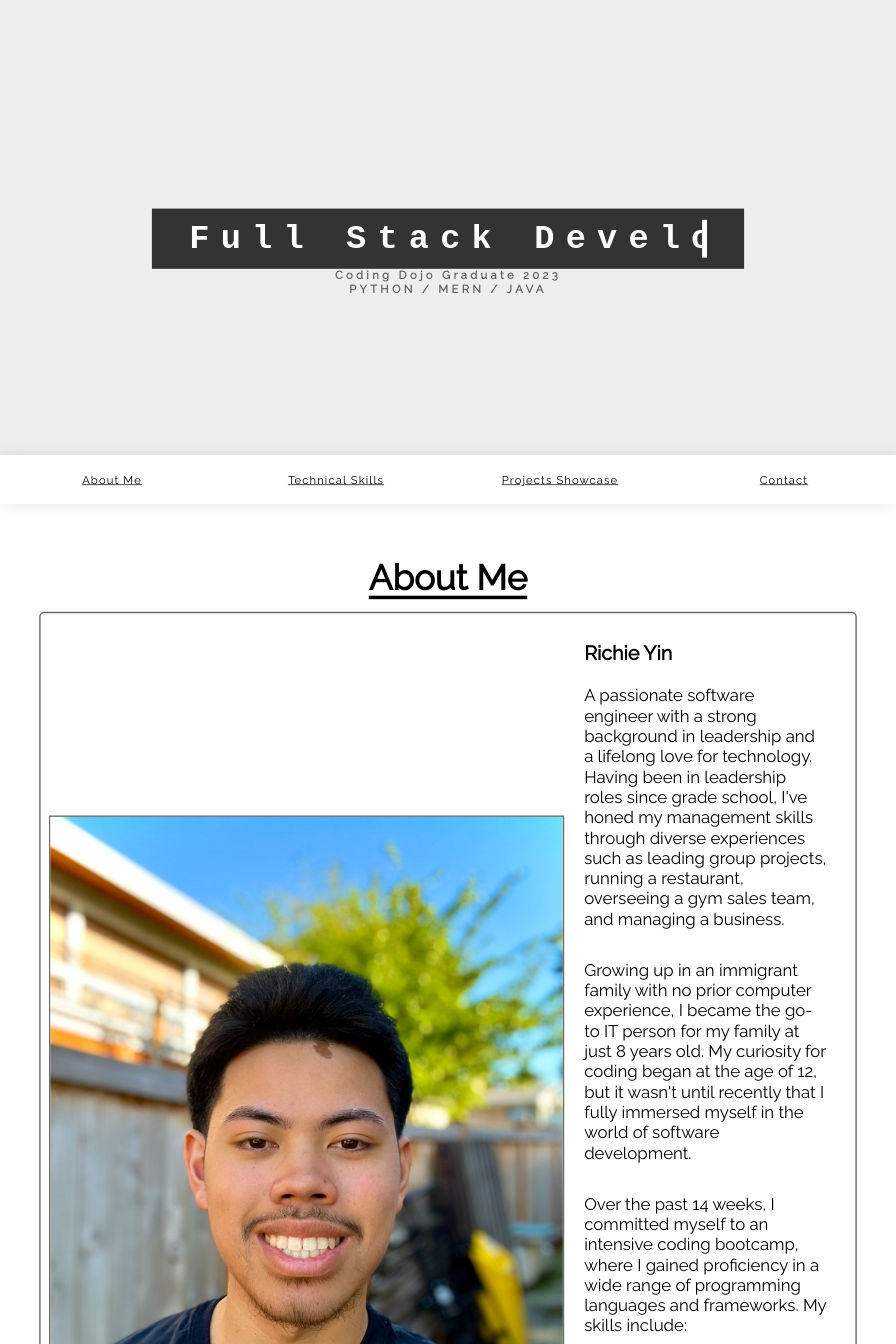
Repository: RICHIE-YIN/Personal-Portfolio
Page: index.html
These files come from the project's save history. The page is drawn as it stood at one moment and after the next save; the edit follows.
The browser window is 1280 px wide. The pictures show the part of the page from y = 0 to 1920 px (the page is 4183 px tall), at 70% of full size.
Some web fonts or font styles are not loaded; a fallback is used.

Above is the page before, as saved 2023-06-12 17:55:06.
Console error: ReferenceError: $ is not defined

After the next save:
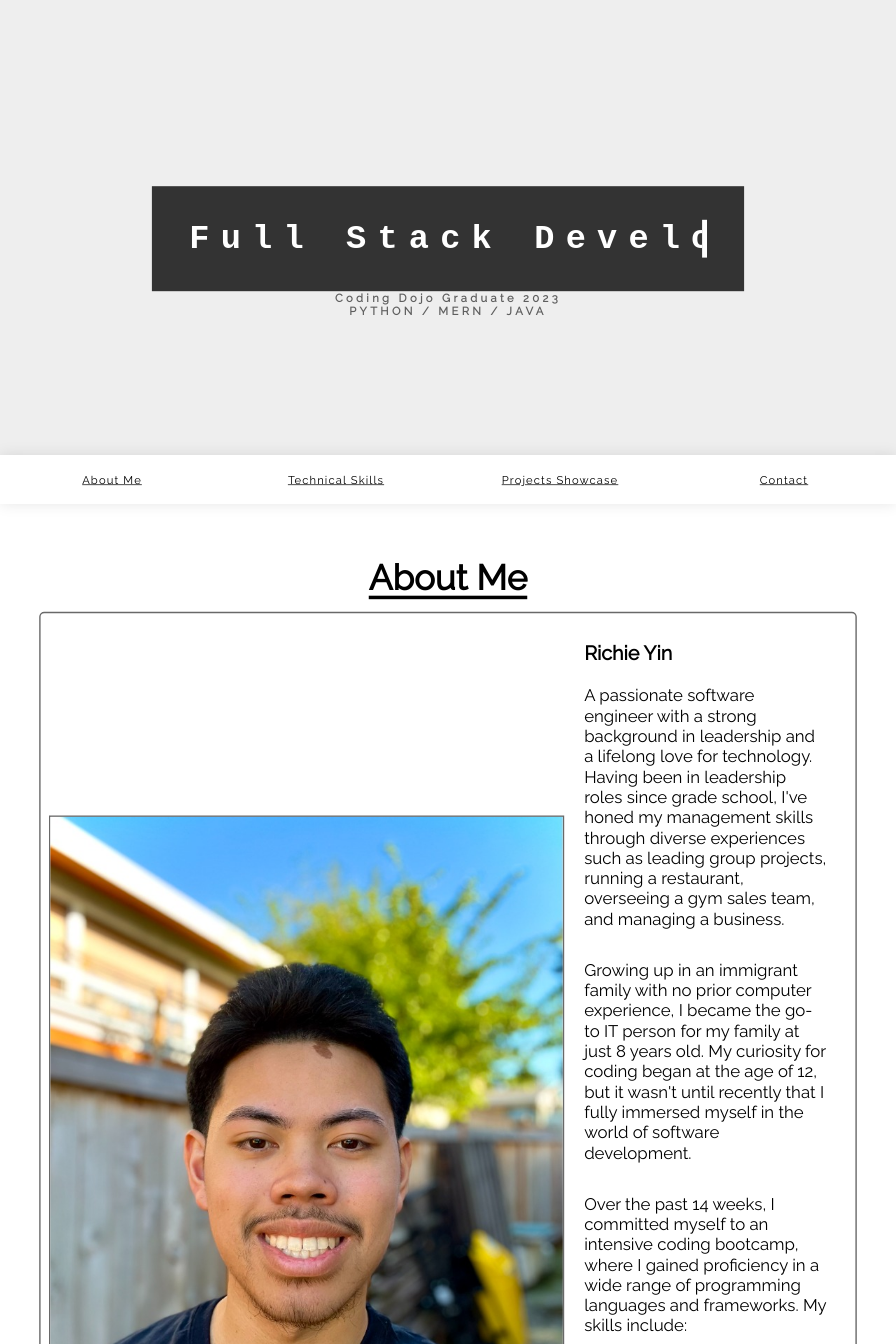
Saved 4 s later.
--- a/styles.css
+++ b/styles.css
@@ -61,7 +61,7 @@ html {
 /* GLOBAL STYLES */
 .typewriter {
     background: #333;
-    padding: 1em 1em;
+    padding: 3em 1em;
     display: flex;
     justify-content: center;
 }
